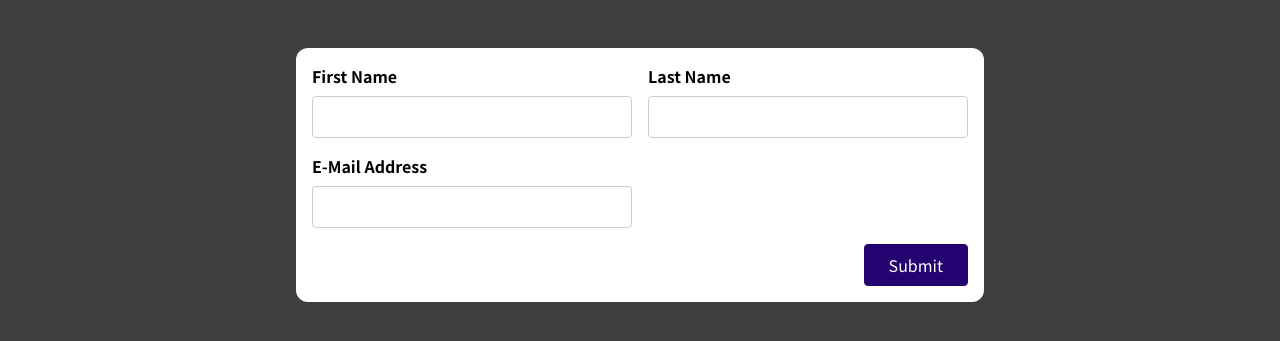
Repository: NamalPathirana/WorkingWithForms
Page: /
These files come from the project's save history. The page is drawn as it stood at one moment and after the next save; the edit follows.
The browser window is 1280 px wide. The pictures show the whole page.
The project was rebuilt for these pictures with package versions that can differ from the ones it lists, and the page was loaded fresh each time.

Above is the page before, as saved 2022-03-30 23:49:31.

After the next save:
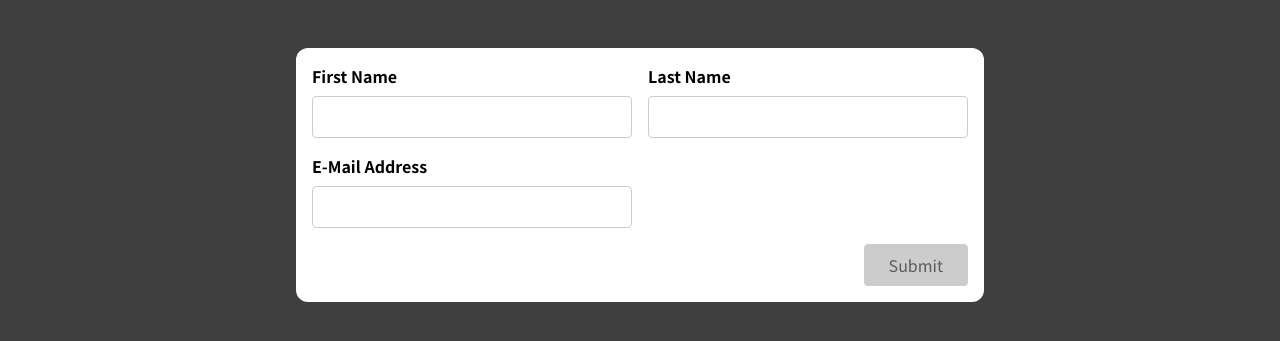
Saved 4 min 47 s later.
--- a/src/components/BasicForm.js
+++ b/src/components/BasicForm.js
@@ -56,7 +56,7 @@ const BasicForm = (props) => {
         <input type="text" id="name" />
       </div>
       <div className="form-actions">
-        <button disabled={formIsValid}>Submit</button>
+        <button disabled={!formIsValid}>Submit</button>
       </div>
     </form>
   );
